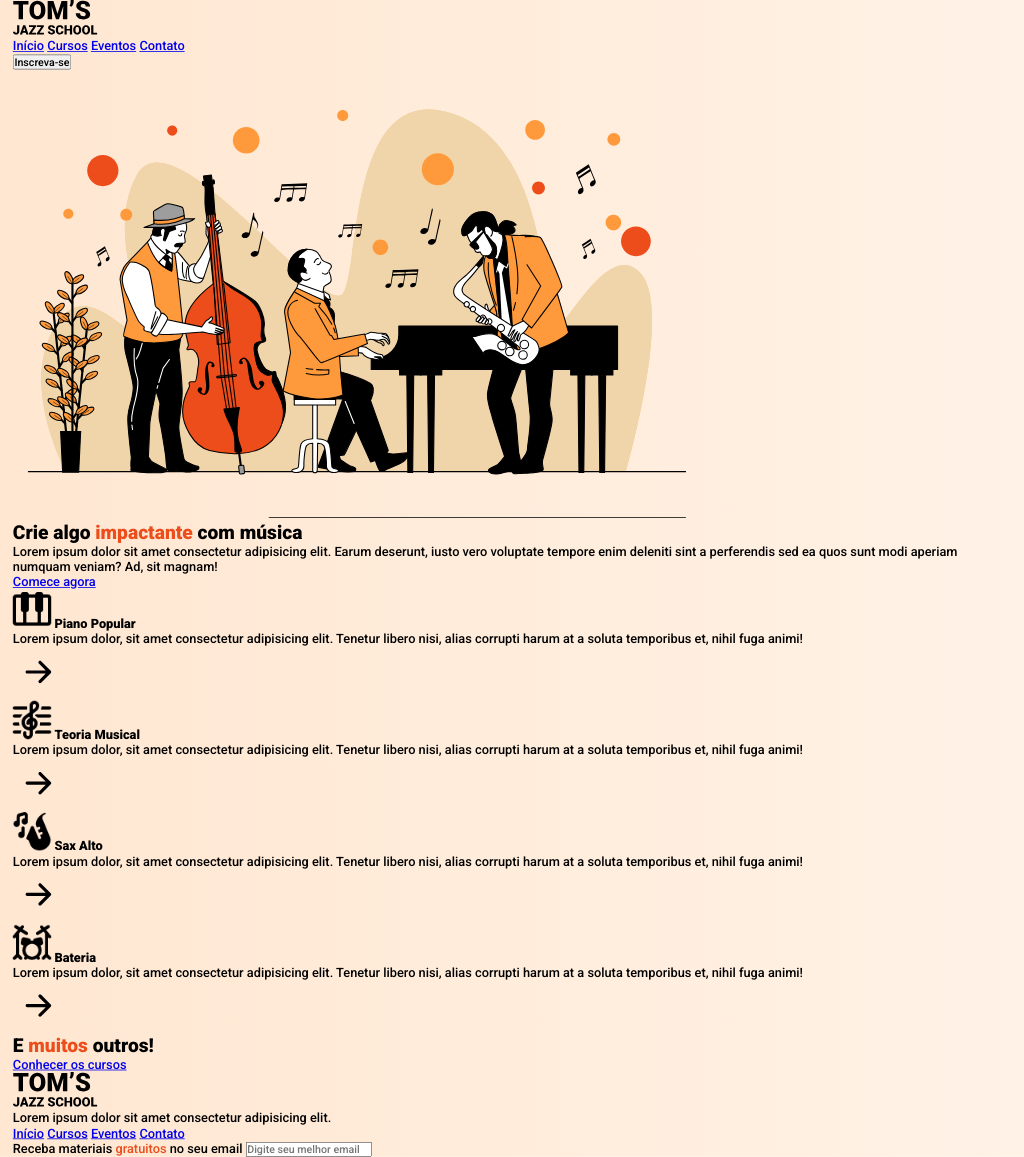
Repository: tenoriodasilva31/OBC-Music-School
Page: index.html
An editor plug-in stored every save of this project. The page is shown before and after the next save, followed by the edit.
The browser window is 1280 px wide. The pictures show the whole page, at 80% of full size.

Above is the page before, as saved 2023-07-05 17:07:20.

### index.html
<!DOCTYPE html>
<html lang="pt-BR">
<head>
    <meta charset="UTF-8">
    <meta name="viewport" content="width=device-width, initial-scale=1.0">
    <title>Tom's Jazz School</title>

    <link rel="preconnect" href="https://fonts.googleapis.com">
    <link rel="preconnect" href="https://fonts.gstatic.com" crossorigin>

    <link rel="stylesheet" href="index.css">

    <link href="https://fonts.googleapis.com/css2?family=Roboto:wght@500;900&display=swap" rel="stylesheet">
</head>
<body>
    <header>
        <img src="./img/logo.svg" alt="Tom's School">
        <nav>
            <a href="#">Início</a>
            <a href="#">Cursos</a>
            <a href="#">Eventos</a>
            <a href="#">Contato</a>
        </nav>
        <button href="#" class="button">Inscreva-se</button>
    </header>
    <main>
        <section>
            <img src="/img/hero-img.svg" alt="Banda de jazz se apresentando">
            <div>
                <h1>Crie algo <span class="text-primary">impactante</span> com música</h1>
                <p>Lorem ipsum dolor sit amet consectetur adipisicing elit. Earum deserunt, iusto vero voluptate tempore enim deleniti sint a perferendis sed ea quos sunt modi aperiam numquam veniam? Ad, sit magnam!</p>
                <a href="#" class="button">Comece agora</a>
            </div>
        </section>
        <section>
            <div class="cards">
            <article>

                <img src="/img/piano.png" alt="icone de teclas de piano">
                <strong>Piano Popular</strong>
                <p>Lorem ipsum dolor, sit amet consectetur adipisicing elit. Tenetur libero nisi, alias corrupti harum at a soluta temporibus et, nihil fuga animi!</p>
                <a href="#">
                    <img src="/img/arrow-right.svg" alt="Ir para página do curso">
                </a>
            </article>
            <article>
                <img src="/img/clef.png" alt="icone clave">
                <strong>Teoria Musical</strong>
                <p>Lorem ipsum dolor, sit amet consectetur adipisicing elit. Tenetur libero nisi, alias corrupti harum at a soluta temporibus et, nihil fuga animi!</p>
                <a href="#">
                    <img src="/img/arrow-right.svg" alt="Ir para página do curso">
                </a>
            </article>
            <article>
                <img src="/img/sax.png" alt="icone de teclas de piano">
                <strong>Sax Alto</strong>
                <p>Lorem ipsum dolor, sit amet consectetur adipisicing elit. Tenetur libero nisi, alias corrupti harum at a soluta temporibus et, nihil fuga animi!</p>
                <a href="#">
                    <img src="/img/arrow-right.svg" alt="Ir para página do curso">
                </a>
            </article>
            <article>
                <img src="/img/drums.png" alt="icone de teclas de piano">
                <strong>Bateria</strong>
                <p>Lorem ipsum dolor, sit amet consectetur adipisicing elit. Tenetur libero nisi, alias corrupti harum at a soluta temporibus et, nihil fuga animi!</p>
                <a href="#">
                    <img src="/img/arrow-right.svg" alt="Ir para página do curso">
                </a>
            </article>
            </div>
            <h2>E <span class="text-primary">muitos</span> outros!</h2>
            <a href="#" class="button">Conhecer os cursos</a>
        </section>
    </main>

    <footer>
        <div>
            <img src="/img/logo.svg" alt="Tom's School">
            <p>Lorem ipsum dolor sit amet consectetur adipisicing elit. </p>
        </div>
        <nav>
            <a href="#">Início</a>
            <a href="#">Cursos</a>
            <a href="#">Eventos</a>
            <a href="#">Contato</a>
        </nav>
        <form>
            <label for="email">Receba materiais <span class="text-primary">gratuitos</span> no seu email</label>
            <input type="text" name="email" id="email" placeholder="Digite seu melhor email">
        </form>
    </footer>
</body>
</html>

### index.css
* {
    box-sizing: border-box;
    font-family: 'Roboto', sans-serif;
    margin: 0;
    padding: 0;
}

:root {
    --color-primary: #ED4D1B;
    --color-secondary: #FF9a3c;
    --color-black: #000;
    --color-white: #FFF;
}

body {
    background: linear-gradient(90deg, #ffe7d1 0%, #FFF2e6 100%);
    padding: 0 1rem;
}

.mt-1 {
    margin-top: 1rem;
}

.mt-2 {
    margin-top: 2rem;
}

.mb-1 {
    margin-bottom: 1rem;
}

.mb-2 {
    margin-bottom: 2rem;
}

.mx-auto {
    margin-left: auto;
    margin-right: auto;
}

.text-primary {
    color: var(--color-primary);
}

.text-center {
    text-align: center;
}

After the next save:
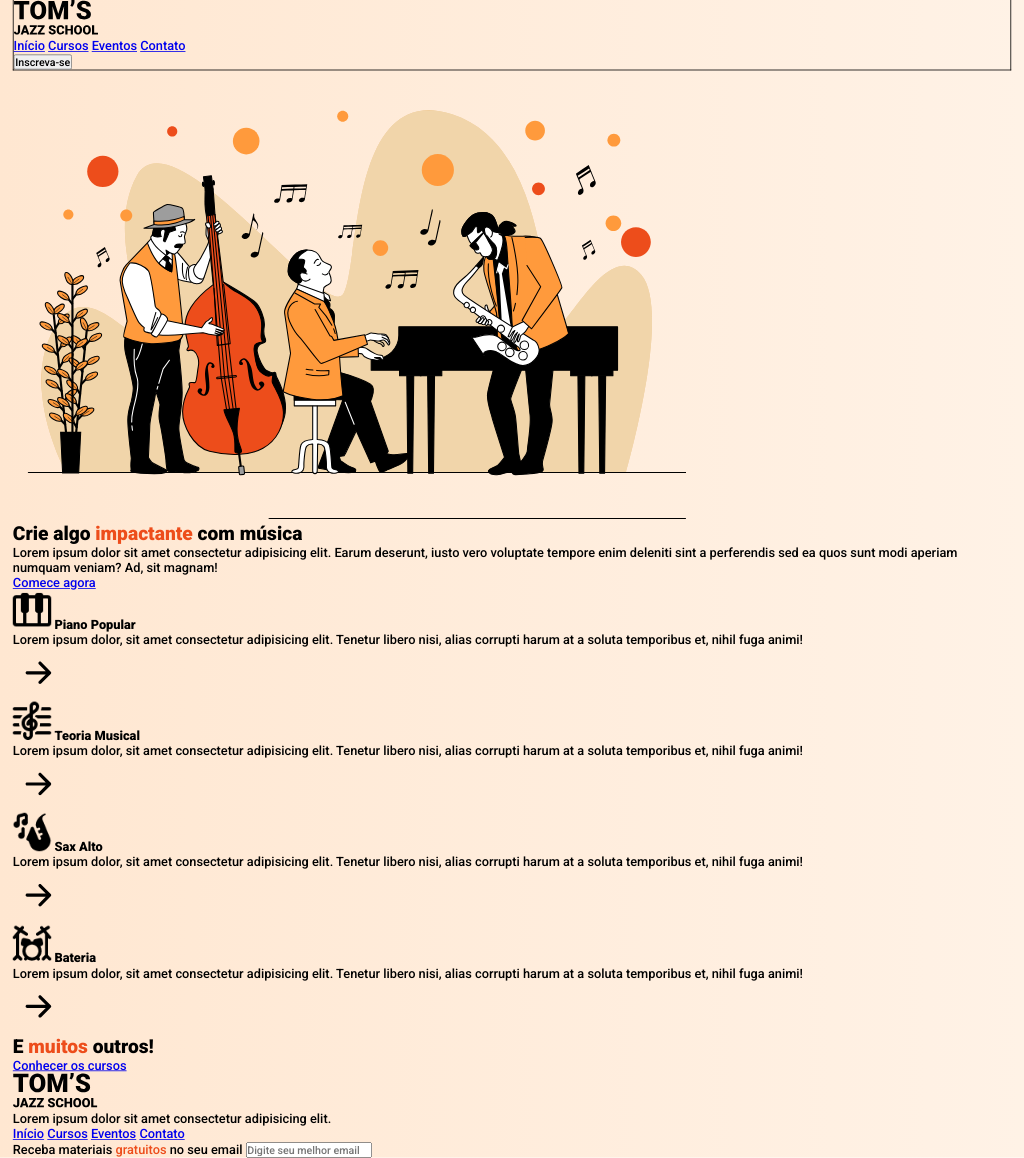
Saved 73 s later.
--- a/index.css
+++ b/index.css
@@ -15,6 +15,12 @@
 body {
     background: linear-gradient(90deg, #ffe7d1 0%, #FFF2e6 100%);
     padding: 0 1rem;
+}
+
+header {
+    border-color: var(--color-black);
+    border-style: solid;
+    border-width: 0 1px 1px 1px;
 }
 
 .mt-1 {
